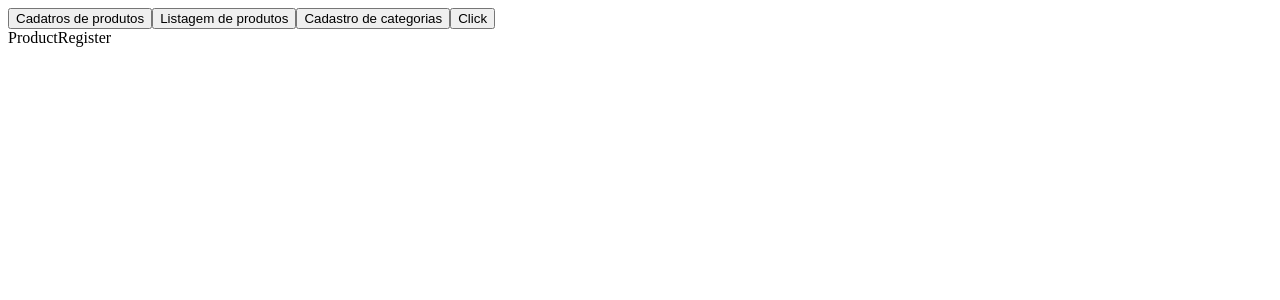
Repository: KennedyWanderson/crud-web
Page: /
The author's editor kept a copy of each file at every save. The page is drawn from the files as they stood at one save, then again after a run of saves.
The browser window is 1280 px wide. The pictures show the whole page.
The project was rebuilt for these pictures with package versions that can differ from the ones it lists, and the page was loaded fresh each time. Also part of the build but not shown: src/Components/ProductList.js, src/Components/CategoryRegister.js, src/Components/CategotyList.js.

Above is the page before, as saved 2023-11-15 14:27:20.

After the next 2 saves:
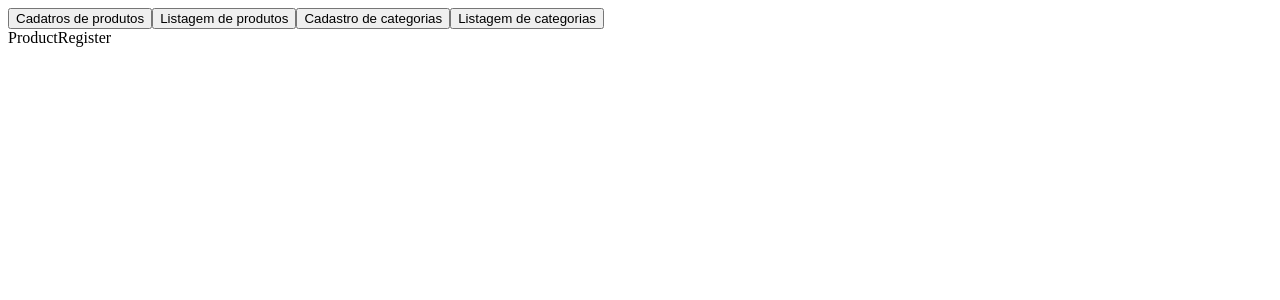
The 2 saves are shown as one change because they came seconds apart.
The last was saved 8 s later.
--- a/src/App.js
+++ b/src/App.js
@@ -25,7 +25,7 @@ function selectComponent(){
       <button onClick={() => {setVisible(1)}}>Cadatros de produtos</button>
       <button onClick={() => {setVisible(2)}}>Listagem de produtos</button>
       <button onClick={() => {setVisible(3)}}>Cadastro de categorias</button>
-      <button onClick={() => {setVisible(4)}}>Click</button>
+      <button onClick={() => {setVisible(4)}}>Listagem de categorias</button>
       {selectComponent()}
     </div>
   );
